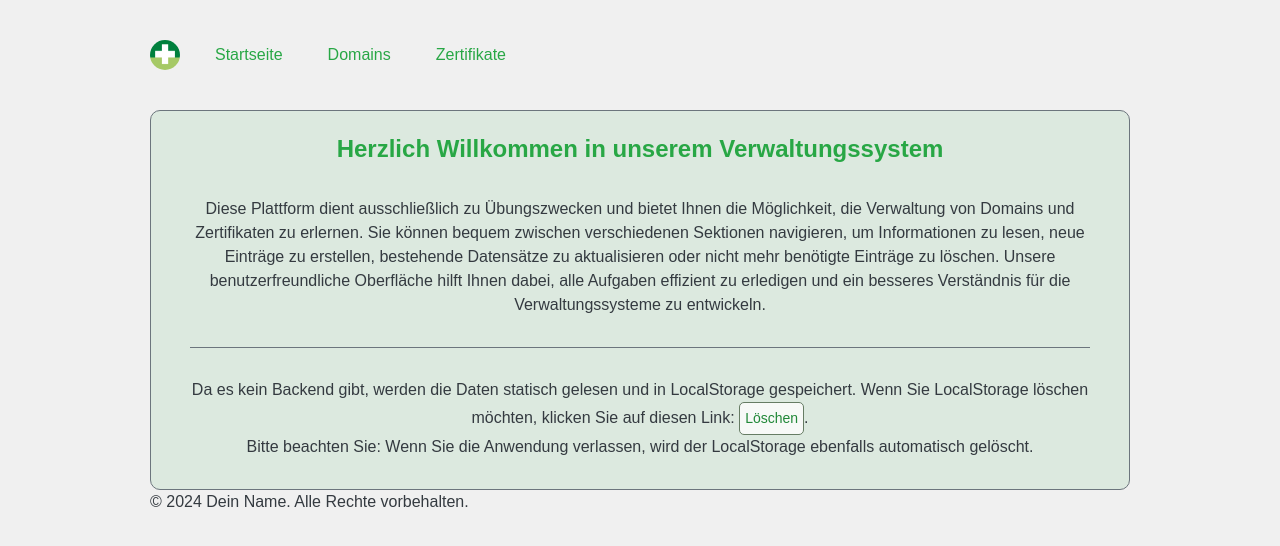
Repository: bajricadmir/verwaltungssystem-vanilla-html-css
Page: index.html
These files come from the project's save history. The page is drawn as it stood at one moment and after the next save; the edit follows.
The browser window is 1280 px wide. The pictures show the whole page.

Above is the page before, as saved 2024-10-14 12:33:12.

### index.html
<!DOCTYPE html>
<html lang="en">
  <head>
    <meta charset="UTF-8" />
    <meta name="viewport" content="width=device-width, initial-scale=1.0" />
    <link
      rel="shortcut icon"
      href="./assets/images/favicon.ico"
      type="image/x-icon"
    />
    <link rel="stylesheet" href="style.css" />
    <title>Verwaltungssystem</title>
  </head>
  <body>
    <header class="header">
      <nav class="navigation">
        <img src="./assets/images/favicon.ico" alt="Logo" class="logo" />

        <ul class="nav-list">
          <li class="nav-item">
            <a class="nav-link" href="#home">Startseite</a>
          </li>
          <li class="nav-item">
            <a class="nav-link" href="#about">Domains</a>
          </li>
          <li class="nav-item">
            <a class="nav-link" href="#contact">Zertifikate</a>
          </li>
        </ul>
      </nav>
    </header>

    <main class="main-content">
      <section class="content-section">
        <h1 class="alert-heading">
          Herzlich Willkommen in unserem Verwaltungssystem
        </h1>
        <p class="content-paragraph">
          Diese Plattform dient ausschließlich zu Übungszwecken und bietet Ihnen
          die Möglichkeit, die Verwaltung von Domains und Zertifikaten zu
          erlernen. Sie können bequem zwischen verschiedenen Sektionen
          navigieren, um Informationen zu lesen, neue Einträge zu erstellen,
          bestehende Datensätze zu aktualisieren oder nicht mehr benötigte
          Einträge zu löschen. Unsere benutzerfreundliche Oberfläche hilft Ihnen
          dabei, alle Aufgaben effizient zu erledigen und ein besseres
          Verständnis für die Verwaltungssysteme zu entwickeln.
        </p>
      </section>

      <div class="divider"></div>

      <section class="content-section">
        <p class="content-paragraph">
          Da es kein Backend gibt, werden die Daten statisch gelesen und in
          LocalStorage gespeichert. Wenn Sie LocalStorage löschen möchten,
          klicken Sie auf diesen Link:
          <button type="button" class="btn">Löschen</button>.<br />
          Bitte beachten Sie: Wenn Sie die Anwendung verlassen, wird der
          LocalStorage ebenfalls automatisch gelöscht.
        </p>
      </section>
    </main>

    <footer>
      <p>&copy; 2024 Dein Name. Alle Rechte vorbehalten.</p>
    </footer>
  </body>
</html>

### style.css
:root {
  --primary-color: #007bff;
  --secondary-color: #6c757d;
  --success-color: #28a745;
  --success-color-hover: #218838;
  --success-color-bgc: #d4edda;
  --danger-color: #dc3545;
  --warning-color: #ffc107;
  --info-color: #17a2b8;
  --light-color: #f8f9fa;
  --dark-color: #343a40;

  --font-size-base: 16px;
  --font-family-base: "Arial", sans-serif;
  --background-color: #f0f0f0;
}

* {
  margin: 0;
  padding: 0;
  box-sizing: border-box;
}

html,
body {
  height: 100%;
  font-family: var(--font-family-base);
  line-height: 1.5;
}

body {
  padding: 40px 150px;
  background-color: var(--background-color);
  color: var(--dark-color);
}

ul {
  list-style: none;
}

a {
  text-decoration: none;
  color: inherit;
}

button {
  background: none;
  border: none;
  padding: 0;
  font: inherit;
  color: inherit;
  text-align: inherit;
  cursor: pointer;
  outline: none;
  transition: background-color 0.3s, color 0.3s;
}

table {
  border-collapse: collapse;
  width: 100%;
}

.navigation {
  display: flex;
  align-items: center;
}

.logo {
  width: 30px;
  height: 30px;
  border-radius: 50%;
  margin-right: 20px;
}

.nav-list {
  display: flex;
  align-items: center;
}

.nav-item {
  margin-right: 15px;
}

.nav-item:last-child {
  margin-right: 0;
}

.nav-item a {
  color: var(--success-color);
  transition: color 0.3s ease;
  padding: 10px 15px;
  border-radius: 5px;
}

.nav-item a:hover {
  color: var(--success-color-hover);
  background-color: rgba(40, 167, 69, 0.1);
}

.main-content {
  display: flex;
  flex-direction: column;
  align-items: center;
  margin-top: 40px;
  background-color: rgba(40, 167, 69, 0.1);
  padding: 20px 15px;
  border: 0.1px solid var(--secondary-color);
  border-radius: 10px;
}

.content-section {
  text-align: center;
}

.alert-heading {
  color: var(--success-color);
  padding-bottom: 20px;
}

.content-paragraph {
  padding: 10px;
}

.divider {
  width: 95%;
  height: 1px;
  background-color: var(--secondary-color);
  margin: 20px 0;
}

.btn {
  font-size: 14px;
  border: 0.1px solid #667c64;
  padding: 5px;
  background-color: #f7f9f7;
  color: var(--success-color-hover);
  border-radius: 5px;
}

After the next save:
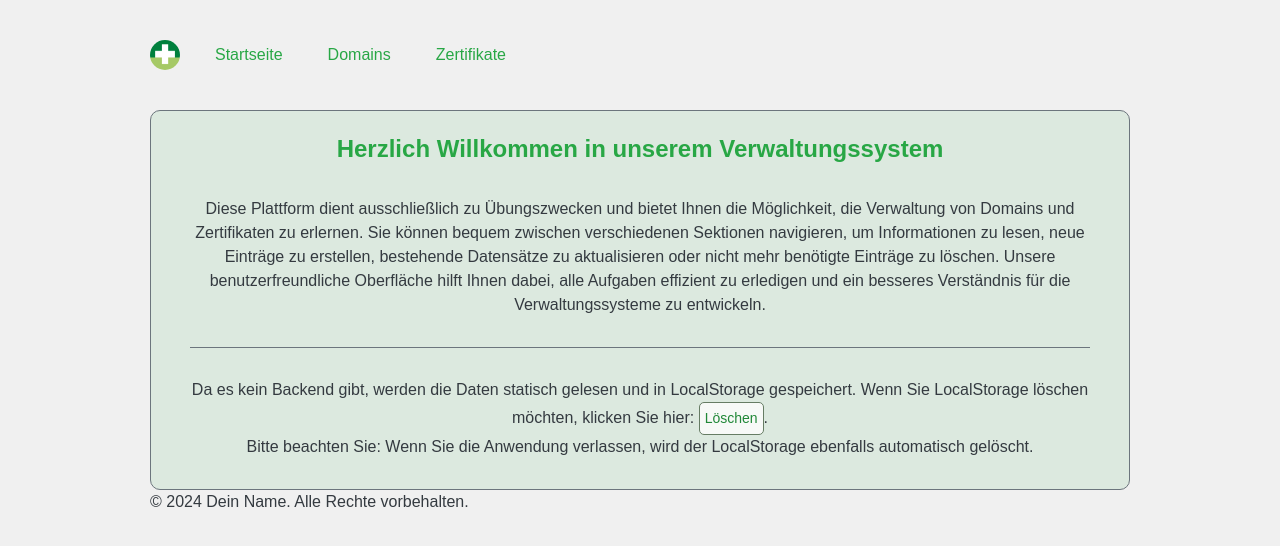
Saved 14 s later.
--- a/index.html
+++ b/index.html
@@ -53,7 +53,7 @@
         <p class="content-paragraph">
           Da es kein Backend gibt, werden die Daten statisch gelesen und in
           LocalStorage gespeichert. Wenn Sie LocalStorage löschen möchten,
-          klicken Sie auf diesen Link:
+          klicken Sie hier:
           <button type="button" class="btn">Löschen</button>.<br />
           Bitte beachten Sie: Wenn Sie die Anwendung verlassen, wird der
           LocalStorage ebenfalls automatisch gelöscht.
